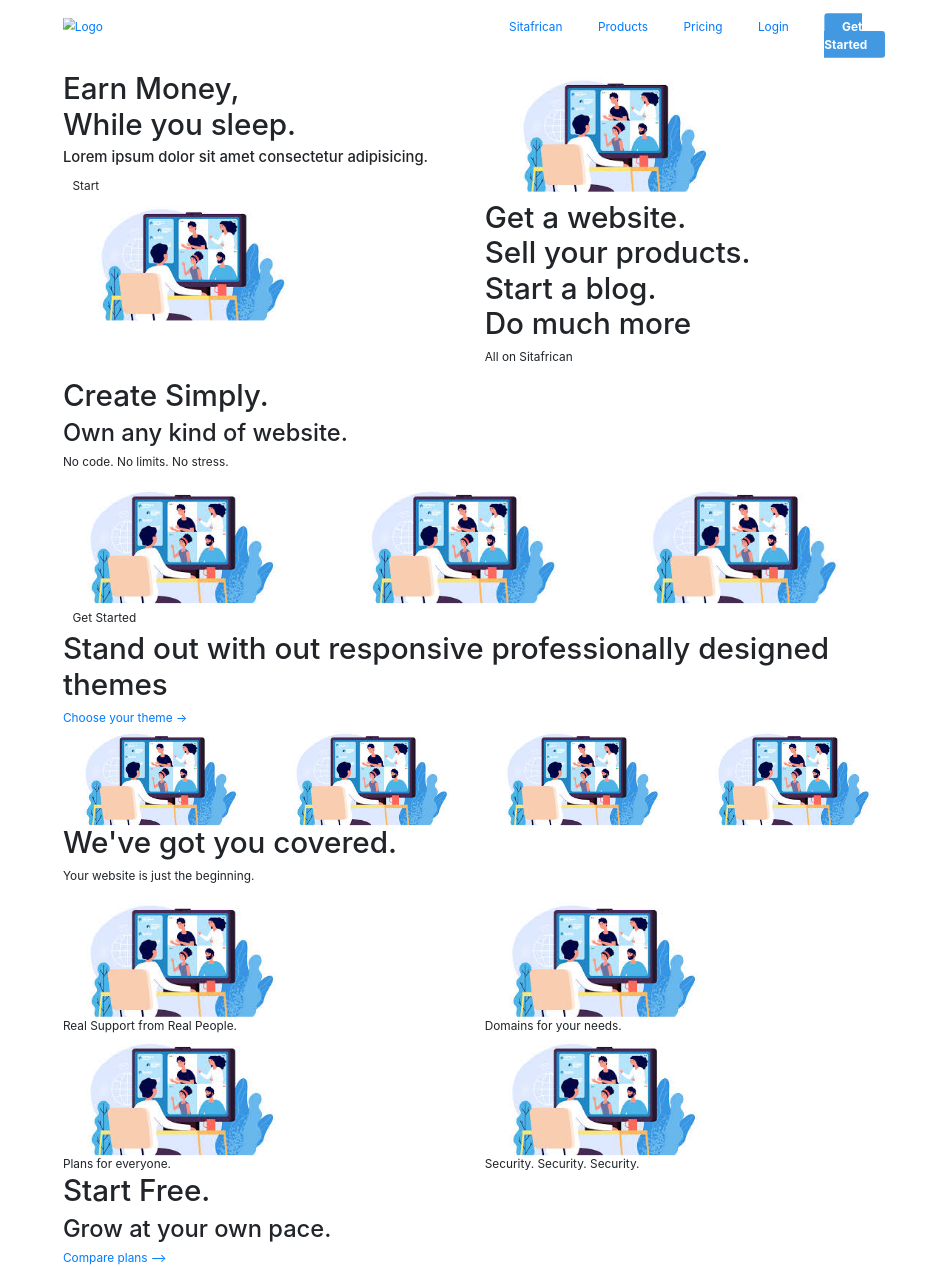
Repository: latenightsnacc/Static-Web-Projects
Page: Sitadel/index.html
The author's editor kept a copy of each file at every save. The page is drawn from the files as they stood at one save, then again after the next save.
The browser window is 1280 px wide. The pictures show the whole page, at 74% of full size.
The style sheet was rebuilt from its Sass, Less or Tailwind sources for each picture, by a compiler version that may differ from the author's.

Above is the page before, as saved 2020-11-09 13:34:57.

### Sitadel/index.html
<!DOCTYPE html>
<html lang="en">
<head>
    <meta charset="UTF-8">
    <meta name="viewport" content="width=device-width, initial-scale=1.0">
    <!--Tailwind CDN-->
    <link rel="stylesheet" href="https://cdnjs.cloudflare.com/ajax/libs/tailwindcss/1.9.6/base.min.css" integrity="sha512-hEjkvMSM0ql6VJcNK0gTmjt9ar8F2yHeBUbJKtyvQhkkbGMhiJ4+MaiB8XxsthLAHJx5vy2I9dN0un8HiWG2LA==" crossorigin="anonymous" />
    <link rel="stylesheet" href="https://cdnjs.cloudflare.com/ajax/libs/tailwindcss/1.9.6/components.min.css" integrity="sha512-TizAONqhvXjEfRPhptSUkZNVU497PzAnXNGNUoeOjeni4dHpJ+ak+ZsyoGna20LH/yg1PvdufN1VbnVQeVDftg==" crossorigin="anonymous" />
    <link rel="stylesheet" href="https://cdnjs.cloudflare.com/ajax/libs/tailwindcss/1.9.6/tailwind.css" integrity="sha512-HY1FOTeAX9idUBWDhVDrBg8QUHBisKVQ4BCVj1jFo5z76mk87w4Rr5YGP8nBkcGmoMzqYvdeXHMOg/olF45z3g==" crossorigin="anonymous" />
    <link rel="stylesheet" href="https://cdnjs.cloudflare.com/ajax/libs/tailwindcss/1.9.6/utilities.min.css" integrity="sha512-0QJfuLKyYJWGB5hKArJW67xqMLDlR8YaLM/ZuW2mRn4NRwHNsGm7UuREc5Fu7jONHyewPKnGODY0N8G+FQbfxg==" crossorigin="anonymous" />
    <!--Bootstrap CDN-->
    <link rel="stylesheet" href="https://cdn.jsdelivr.net/npm/bootstrap@4.5.3/dist/css/bootstrap.min.css" integrity="sha384-TX8t27EcRE3e/ihU7zmQxVncDAy5uIKz4rEkgIXeMed4M0jlfIDPvg6uqKI2xXr2" crossorigin="anonymous">
    <!--Custom Stylesheet-->
    <link rel="stylesheet" href="styles/stylesheet.css">
    <title>Landing Page</title>
</head>
<body>
      <!--Navigation Bar-->
      <div class="container">
        <div class="flex mb-4 mt-4">
            <div class="w-1/2 h-12">
                <!--Logo-->
                <div class="logo w-1/2 h-12">
                    <a href="index.html">
                        <img src="#" alt="Logo"/>
                    </a>
                </div>
            </div>
            <div class="w-1/2 h-12">
                <ul class="menu-list flex">
                    <li class="menu-item ml-5">
                        <a class="menu-link" href="index.html">Sitafrican</a>
                    </li>
                    <li class="menu-item ml-5">
                        <a class="menu-link" href="#">Products</a>
                    </li>
                    <li class="menu-item ml-5">
                        <a class="menu-link" href="#">Pricing</a>
                    </li>
                    <li class="menu-item ml-5">
                        <a class="menu-link" href="#">Login</a>
                    </li>
                    <li class="menu-item ml-5">
                        <a class="bg-blue-500 hover:bg-blue-700 text-white font-bold py-2 px-4 rounded" href="#">Get Started</a>
                    </li>
                </ul>
            </div>
        </div>
    </div>

    <!--Banner Section-->
    <section id="banner">
        <div class="container">
            <div class="row">
                <!--Banner Text-->
                <div class="col-xs-12 col-s-12 col-md-6 col-lg-6 col-xl-6">
                    <div class="text-box">
                        <h1>Earn Money, <br/> While you sleep.</h1>
                        <h5>Lorem ipsum dolor sit amet consectetur adipisicing.</h5>
                        <button class="active-btn btn">Start</button>
                    </div>
                </div>
                <!--Banner Image-->
                <div class="col-xs-12 col-s-12 col-md-6 col-lg-6 col-xl-6">
                    <div class="container">
                        <a href="#">
                            <img src="assets/video-conferencing.jpeg" alt="banner image"/>
                        </a>
                    </div>
                </div>
            </div>
        </div>
    </section>

    <!--What you can do-->
    <section id="possibilities">
        <div class="container">
            <div class="row">
                <!--Image-->
                <div class="col-xs-12 col-s-12 col-md-6 col-lg-6 col-xl-6">
                    <div class="container">
                        <a href="#">
                            <img src="assets/video-conferencing.jpeg" alt="banner image"/>
                        </a>
                    </div>
                </div>
                <!--Text-->
                <div class="col-xs-12 col-s-12 col-md-6 col-lg-6 col-xl-6">
                    <div class="text-box">
                        <h1>Get a website. <br/>Sell your products.<br/> Start a blog.<br/> Do much more</h1>
                        <p>All on Sitafrican</p>
                    </div>
                </div>
            </div>
        </div>
    </section>

    <!--Responsive Design-->
    <section id="responsive-design">
        <div class="container">
            <div class="text-box">
                <h1>Create Simply.</h1>
                <h2>Own any kind of website.</h2>
                <p>No code. No limits. No stress.</p>
            </div>
            <div class="row">
                <!--Mobile View-->
                <div class="col">
                    <a href="#">
                        <img src="assets/video-conferencing.jpeg" alt="banner image"/>
                    </a>
                </div>
                <!--Desktop View-->
                <div class="col">
                    <a href="#">
                        <img src="assets/video-conferencing.jpeg" alt="banner image"/>
                    </a>
                </div>
                <!--Tablet view-->
                <div class="col">
                    <a href="#">
                        <img src="assets/video-conferencing.jpeg" alt="banner image"/>
                    </a>
                </div>
            </div>
            <div class="btn-box">
                <button class="btn btn-active">Get Started</button>
            </div>
        </div>
    </section>

    <!--Templates-->
    <section id="templates">
        <div class="container">
            <div class="text-box">
                <h1>Stand out with out responsive professionally designed themes</h1>
                <a href="#" class="lined-btn">Choose your theme -></a>
            </div>
            <div class="templates row">
                <div class="col">
                    <a href="#">
                        <img src="assets/video-conferencing.jpeg" alt="banner image"/>
                    </a>
                </div>
                <div class="col">
                    <a href="#">
                        <img src="assets/video-conferencing.jpeg" alt="banner image"/>
                    </a>
                </div>
                <div class="col">
                    <a href="#">
                        <img src="assets/video-conferencing.jpeg" alt="banner image"/>
                    </a>
                </div>
                <div class="col">
                    <a href="#">
                        <img src="assets/video-conferencing.jpeg" alt="banner image"/>
                    </a>
                </div>
            </div>
        </div>
    </section>

    <!--Our services-->
    <section id="services">
        <div class="container">
            <div class="text-box">
                <h1>We've got you covered.</h1>
                <p>Your website is just the beginning.</p>
            </div>
            <!--Row One-->
            <div class="row">
                <!--24/7 Support-->
                <div class="col-xs-12 col-s-12 col-md-6 col-lg-6 col-xl-6">
                    <a href="#">
                        <img src="assets/video-conferencing.jpeg" alt="banner image"/>
                    </a>
                    <div class="col-title">Real Support from Real People.</div>
                </div>
                <!--Domain & Hosting-->
                <div class="col-xs-12 col-s-12 col-md-6 col-lg-6 col-xl-6">
                    <a href="#">
                        <img src="assets/video-conferencing.jpeg" alt="banner image"/>
                    </a>
                    <div class="col-title">Domains for your needs.</div>
                </div>
            </div>
            <!--Row Two-->
            <div class="row">
                <!--Plans-->
                <div class="col-xs-12 col-s-12 col-md-6 col-lg-6 col-xl-6">
                    <a href="#">
                        <img src="assets/video-conferencing.jpeg" alt="banner image"/>
                    </a>
                    <div class="col-title">Plans for everyone.</div>
                </div>
                <!--Security-->
                <div class="col-xs-12 col-s-12 col-md-6 col-lg-6 col-xl-6">
                    <a href="#">
                        <img src="assets/video-conferencing.jpeg" alt="banner image"/>
                    </a>
                    <div class="col-title">Security. Security. Security.</div>
                </div>
            </div>
        </div>
    </section>

    <!--Pricing-->
    <section id="pricing">
        <div class="container">
            <div class="text-box">
                <h1>Start Free.</h1>
                <h2>Grow at your own pace.</h2>
            </div>
            <div class="row">
                <!--Free Plan-->
                <div class="col-xs-12 col-s-12 col-md-3 col-lg-3 col-xl-3"></div>
                <!--Free Plan-->
                <div class="col-xs-12 col-s-12 col-md-3 col-lg-3 col-xl-3"></div>
                <!--Free Plan-->
                <div class="col-xs-12 col-s-12 col-md-3 col-lg-3 col-xl-3"></div>
                <!--Free Plan-->
                <div class="col-xs-12 col-s-12 col-md-3 col-lg-3 col-xl-3"></div>
            </div>
            <div class="btn-box">
                <a href="#" class="line-btn">Compare plans --></a>
            </div>
        </div>
    </section>

    <!--Footer-->
    <div class="footer">
        <div class="container">
            <div class="row">

            </div>
        </div>
    </div>

    <!--Bootstrap Scripts-->
    <script src="https://code.jquery.com/jquery-3.5.1.slim.min.js" integrity="sha384-DfXdz2htPH0lsSSs5nCTpuj/zy4C+OGpamoFVy38MVBnE+IbbVYUew+OrCXaRkfj" crossorigin="anonymous"></script>
    <script src="https://cdn.jsdelivr.net/npm/popper.js@1.16.1/dist/umd/popper.min.js" integrity="sha384-9/reFTGAW83EW2RDu2S0VKaIzap3H66lZH81PoYlFhbGU+6BZp6G7niu735Sk7lN" crossorigin="anonymous"></script>
    <script src="https://cdn.jsdelivr.net/npm/bootstrap@4.5.3/dist/js/bootstrap.min.js" integrity="sha384-w1Q4orYjBQndcko6MimVbzY0tgp4pWB4lZ7lr30WKz0vr/aWKhXdBNmNb5D92v7s" crossorigin="anonymous"></script>
</body>
</html>

### Sitadel/styles/stylesheet.scss
@import'variables';

*{
    box-sizing: border-box;
    margin: 0;
    padding: 0;
    text-decoration: none;
    list-style: none;
    font-family: -apple-system, BlinkMacSystemFont, 'Segoe UI', Roboto, Oxygen, Ubuntu, Cantarell, 'Open Sans', 'Helvetica Neue', sans-serif;
    button {
        outline: none;
    }
    a {
        text-decoration: none;
        &:hover {
            text-decoration: none;
        }
    }
}

### Sitadel/styles/_variables.scss
$font: -apple-system, BlinkMacSystemFont, 'Segoe UI', Roboto, Oxygen, Ubuntu, Cantarell, 'Open Sans', 'Helvetica Neue', sans-serif;

$primary: #fff;

After the next save:
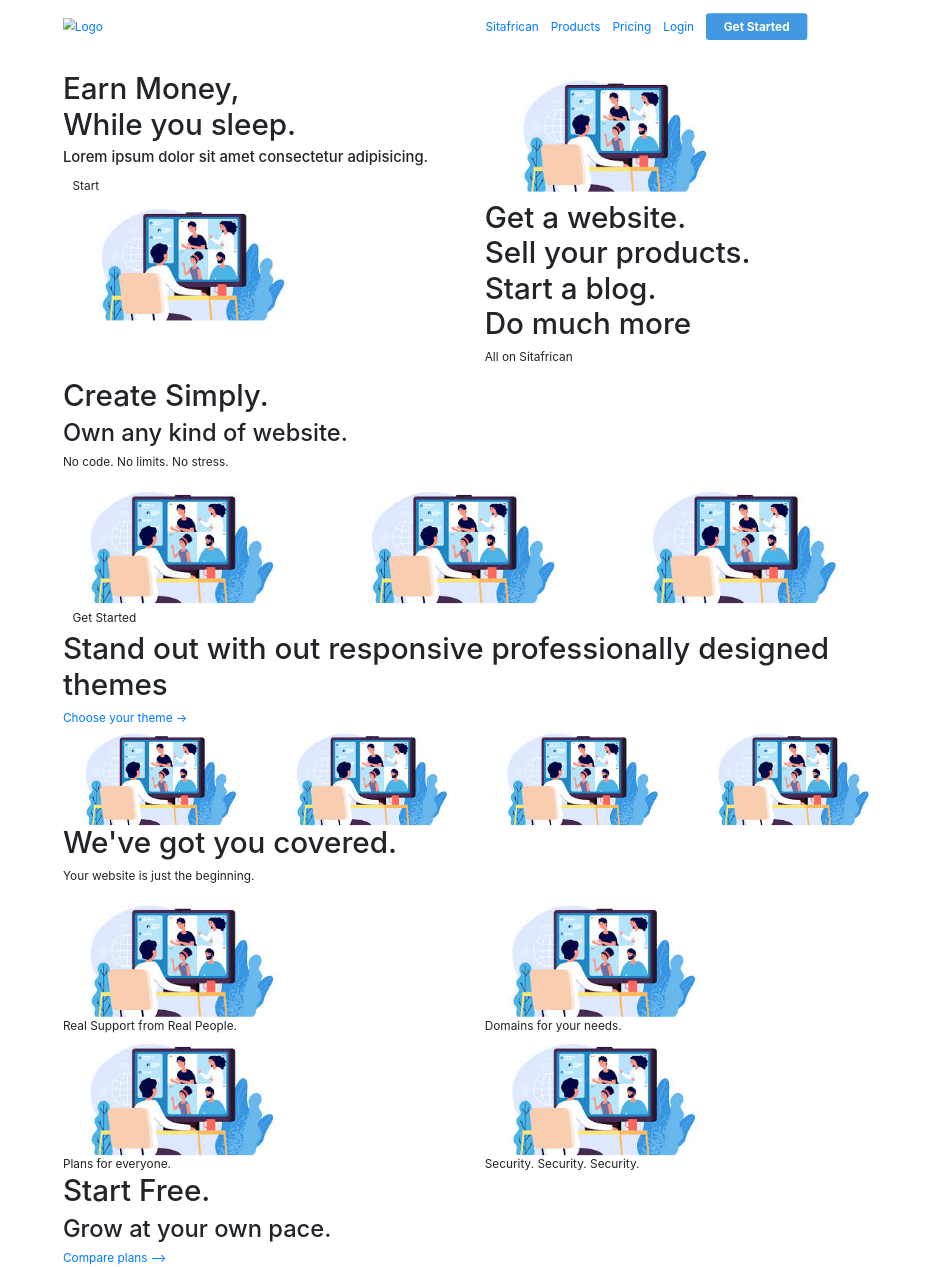
Saved 23 s later.
--- a/Sitadel/index.html
+++ b/Sitadel/index.html
@@ -28,19 +28,19 @@
             </div>
             <div class="w-1/2 h-12">
                 <ul class="menu-list flex">
-                    <li class="menu-item ml-5">
+                    <li class="menu-item ml-3">
                         <a class="menu-link" href="index.html">Sitafrican</a>
                     </li>
-                    <li class="menu-item ml-5">
+                    <li class="menu-item ml-3">
                         <a class="menu-link" href="#">Products</a>
                     </li>
-                    <li class="menu-item ml-5">
+                    <li class="menu-item ml-3">
                         <a class="menu-link" href="#">Pricing</a>
                     </li>
-                    <li class="menu-item ml-5">
+                    <li class="menu-item ml-3">
                         <a class="menu-link" href="#">Login</a>
                     </li>
-                    <li class="menu-item ml-5">
+                    <li class="menu-item ml-3">
                         <a class="bg-blue-500 hover:bg-blue-700 text-white font-bold py-2 px-4 rounded" href="#">Get Started</a>
                     </li>
                 </ul>
